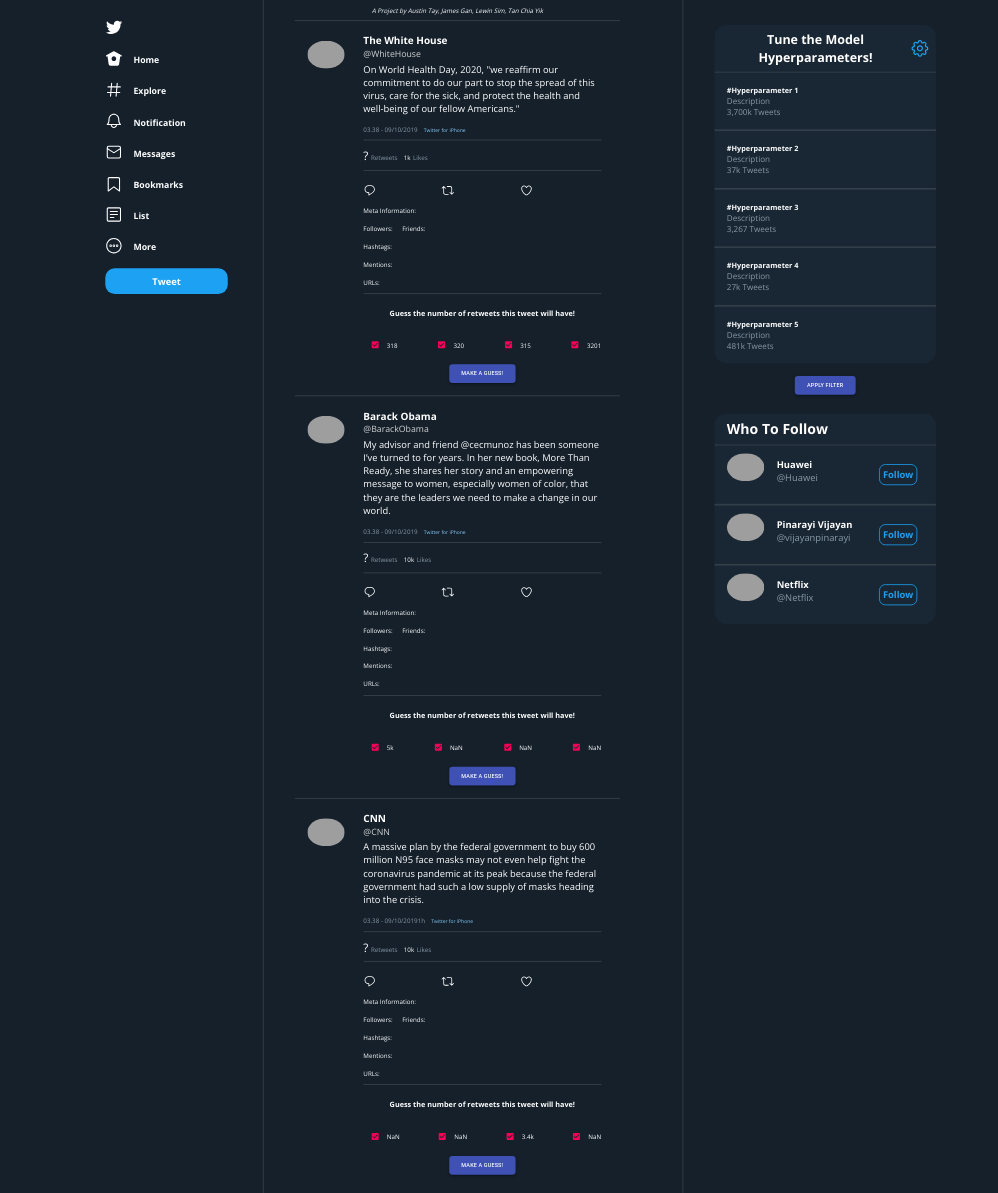
Repository: Dustyik/TwitterAIproj
Page: / (app in FrontEnd/)
An editor plug-in stored every save of this project. The page is shown before and after the next save, followed by the edit.
The browser window is 1280 px wide. The pictures show the whole page, at 78% of full size.
Pictures or frames that could not be fetched are drawn as grey boxes. The page's requests for data from a server got no answer. The project was rebuilt for these pictures with package versions that can differ from the ones it lists, and the page was loaded fresh each time. No one was signed in, and anything a server would have sent is missing. Also part of the build but not shown: FrontEnd/src/components/StatusCard.js, FrontEnd/src/pages/Status.js, FrontEnd/src/components/profile/ProfileHead.js, FrontEnd/src/components/profile/ProfileDetails.js, FrontEnd/src/styles/Profile.css, FrontEnd/src/pages/Profile.js.

Above is the page before, as saved 2021-08-08 13:44:41.

### FrontEnd/public/index.html
<!DOCTYPE html>
<html lang="en">

<head>
  <meta charset="utf-8" />
  <link rel="icon" href="%PUBLIC_URL%/favicon.ico" />
  <meta name="viewport" content="width=device-width, initial-scale=1" />
  <meta name="theme-color" content="#000000" />
  <meta name="description" content="Web site created using create-react-app" />
  <link rel="apple-touch-icon" href="%PUBLIC_URL%/logo192.png" />
  <link href="https://fonts.googleapis.com/css2?family=Open+Sans:wght@400;700&display=swap" rel="stylesheet">
  <!--
      manifest.json provides metadata used when your web app is installed on a
      user's mobile device or desktop. See https://developers.google.com/web/fundamentals/web-app-manifest/
    -->
  <link rel="manifest" href="%PUBLIC_URL%/manifest.json" />
  <!--
      Notice the use of %PUBLIC_URL% in the tags above.
      It will be replaced with the URL of the `public` folder during the build.
      Only files inside the `public` folder can be referenced from the HTML.

      Unlike "/favicon.ico" or "favicon.ico", "%PUBLIC_URL%/favicon.ico" will
      work correctly both with client-side routing and a non-root public URL.
      Learn how to configure a non-root public URL by running `npm run build`.
    -->
  <title>React App</title>
</head>

<body>
  <noscript>You need to enable JavaScript to run this app.</noscript>
  <div id="root"></div>
  <!--
      This HTML file is a template.
      If you open it directly in the browser, you will see an empty page.

      You can add webfonts, meta tags, or analytics to this file.
      The build step will place the bundled scripts into the <body> tag.

      To begin the development, run `npm start` or `yarn start`.
      To create a production bundle, use `npm run build` or `yarn build`.
    -->
</body>

</html>

### FrontEnd/src/App.css
:root {
    --body-bg        : rgb(21, 32, 43);
    --sky-blue       : rgba(29, 161, 242, 1.00);
    --light          : rgba(255, 255, 2555);
    --grey           : rgb(136, 153, 166);
    --border         : rgb(56, 68, 77);
    --thick-border   : rgb(37, 51, 65);
    --thick-border   : rgb(37, 51, 65);
    --card-background: rgb(25, 39, 52);
}

body {
    background-color: var(--body-bg);
    font-family     : 'Open Sans', sans-serif;
    padding         : 0;
    margin          : 0;
    color           : var(--light);
}

html {
    font-size: 8px;
}

::-webkit-input-placeholder {
    /* Chrome/Opera/Safari */
    font-size  : 2.5rem;
    color      : #9197a3;
    font-weight: 400;
}

::-moz-placeholder {
    /* Firefox 19+ */
    font-size  : 2.5rem;
    color      : #9197a3;
    font-weight: 400;
}

:-ms-input-placeholder {
    /* IE 10+ */
    font-size  : 2.5rem;
    color      : #9197a3;
    font-weight: 400;
}

:-moz-placeholder {
    /* Firefox 18- */
    font-size  : 2.5rem;
    color      : #9197a3;
    font-weight: 400;
}

.App {
    display              : grid;
    grid-template-columns: 2.5fr 4fr 3fr;
}

.side-nav {
    padding-left: 40%;
    padding-top : 3rem;
}

.side-nav svg {
    fill : var(--light);
    width: 2.75rem;
}

.side-nav svg:hover {
    fill: var(--sky-blue);
}

.side-nav-item {
    padding: 1rem 0;

}

.side-nav .side-nav-item .side-nav-text {
    font-size     : 1.4rem;
    font-weight   : 600;
    color         : var(--light);
    padding-left  : 1.8rem;
    vertical-align: center;
}

.side-nav-item-holder{
    width: rem;
}

.avatar {
    display: inline;
}

.avatar img {
    border-radius: 50%;
}


/* helper classes */
.p-0 {
    padding: 0
}


.pl-0 {
    padding-left: 0
}

.p-1 {
    padding: 1rem;
}

.p-2 {
    padding: 2rem
}

.pr-0 {
    padding-right: 0
}

.pb-1 {
    padding-bottom: 1rem;
}

.m-0 {
    margin: 0
}

.mb-0 {
    margin-bottom: 0;
}

.text-center {
    text-align: center;
}

.w-100 {
    width: 100%;
}

.pl-1 {
    padding-left: 1rem;
}

.pr-1 {
    padding-right: 1rem;
}

ul {
    list-style: none;
}

.flex-align-center {
    display    : flex;
    align-items: center;
}

.flex-space-between {
    display        : flex;
    justify-content: space-between;
}

.inline-block {
    display: inline-block;

}


.btn {
    color      : var(--light);
    font-weight: 700;
    cursor     : pointer;
    border     : none;
    background : transparent;
}

.tweet-btn {
    border-radius   : 1.5rem;
    font-size       : 1.5rem;
    padding         : 1rem;
    background-color: var(--sky-blue);
    width           : 70%;
}

.follow-btn {
    border-radius: 1rem;
    font-size    : 1.5rem;
    padding      : 0.5rem;
    font-weight  : bold;
    color        : var(--sky-blue);
    border       : 1px solid var(--sky-blue);
}

.pointer {
    cursor: pointer;
}

.bold-dull-para {
    font-size: 1.75rem;
    color    : var(--grey);
}

a {
    text-decoration: none;
    color          : inherit;
}

h1 {
    font-size  : 2.25rem;
    font-weight: 700;
    color      : var(--light);
}

h2 {
    font-size  : 2rem;
    font-weight: 700;
    color      : var(--light);
}

input:focus {
    outline: none;
}

### FrontEnd/src/utils/ScrollToTop.js
import React, { useEffect, Fragment } from 'react';
import { withRouter } from 'react-router-dom';

function ScrollToTop({ history, children }) {
    useEffect(() => {
        const unlisten = history.listen(() => {
            window.scrollTo(0, 0);
        });
        return () => {
            unlisten();
        }
    }, []);

    return <Fragment>{children}</Fragment>;
}

export default withRouter(ScrollToTop);

### FrontEnd/src/images/avatars.js
import React from 'react'

export const SmallAvatar = ({ width, image }) => {
    return (
        <div className="avatar">
            <img width={width} src={image} alt="avatar" />
        </div>
    )
}

### FrontEnd/src/apifunctions.js
import axios from 'axios';

export const getTweets = () => {
    return axios.get("http://localhost:5000/getTweets")
}

export const applySearchFilters = (data, title, id) => {
    return axios.post("http://localhost:5000/applySearchModels", {
            data: data,
            queryTitle: title,
            articleId: id

        }
    )
}

### FrontEnd/src/styles/Main.css
/* main styles */
.main {
    border-left : 1px solid var(--border);
    border-right: 1px solid var(--border);
    ;
}

.home {
    padding-left : 2.5rem;
    border-bottom: 1px solid var(--border);
}

.new-tweet {
    padding              : 1rem;
    display              : grid;
    grid-template-columns: 1fr 9fr;
    border-bottom        : 1rem solid var(--thick-border);
}

.new-tweet .left,
.right {
    padding: 0 1rem;
}

.new-tweet input {
    padding    : 2rem 0;
    background : transparent;
    border     : none;
    color      : var(--light);
    font-size  : 2rem;
    font-weight: 700;
}

.new-tweet-options {
    padding-right  : 1rem;
    display        : flex;
    justify-content: space-between;
    align-items    : center;
}

.new-tweet .add-icons {
    margin-right: 1rem;
}

.new-tweet .add-icons svg {
    width  : 3rem;
    fill   : var(--sky-blue);
    padding: 1rem;
}

.new-tweet .add-icons svg:first-child {
    padding-left: 0;
}

### FrontEnd/src/components/TweetList.js
import React, { useContext } from 'react'
import TweetCard from './TweetCard'
import { GlobalContext } from '../context/GlobalState'

export const TweetList = () => {
    const { tweets } = useContext(GlobalContext);
    return (
        <>
            {tweets.map((tweet, index) => (<TweetCard key={index} tweet={tweet}/>))}
        </>
    )
}

### FrontEnd/src/styles/Trending.css
.trending {
    padding: 1rem 10rem 1rem 5rem;
}

.trending .search-box {
    width     : 100%;
    background: transparent;

    background-color: var(--thick-border);
    border-radius   : 5rem;
    border          : none;
}

.trending .search-box svg {
    width       : 3rem;
    fill        : var(--grey);
    padding-left: 1rem;

}

.trending .search-box input {
    padding   : 1.5rem;
    font-size : 2rem;
    width     : 100%;
    background: transparent;
    border    : none;
    color     : var(--light);
}

.trends-list {
    background-color: var(--card-background);
    border-radius   : 2rem;
    margin-top      : 3rem;
}

.trends-list h1 {
    padding: 1rem 2rem;

}

.trends-for-you {
    padding: 1rem;
    text-align: center;
    vertical-align: middle;
}

.trends-for-you svg {
    width: 3.5rem;
    fill : var(--sky-blue);
}

.trends-card {
    border-top   : 1px solid var(--border);
    border-bottom: 1px solid var(--border);
    padding      : 2rem;
}

.trends :last-child {
    border-bottom: none;
}

.trends-topic {
    font-size: 1.3rem;
    color    : var(--grey);
}

.trend-tweet-count {
    font-size: 1.3rem;
    color    : var(--grey);
}



.trending ::-webkit-input-placeholder {
    /* Chrome/Opera/Safari */
    font-size  : 2rem;
    color      : #9197a3;
    font-weight: 400;
}

.trending ::-moz-placeholder {
    /* Firefox 19+ */
    font-size  : 2rem;
    color      : #9197a3;
    font-weight: 400;
}

.trending :-ms-input-placeholder {
    /* IE 10+ */
    font-size  : 2rem;
    color      : #9197a3;
    font-weight: 400;
}

.trending :-moz-placeholder {
    /* Firefox 18- */
    font-size  : 2rem;
    color      : #9197a3;
    font-weight: 400;
}

### FrontEnd/src/components/TweetCard.js
import React, { Component, useContext } from 'react';
import '../styles/TweetCard.css';
import { SmallAvatar } from '../images/avatars'
import { TweetCommentIcon, TweetRetweetIcon, TweetLikeIcon, TweetSendIcon } from '../images/svg/svgs';
import { Link } from 'react-router-dom';
import {Button, Checkbox} from "@material-ui/core";
import { GlobalContext } from '../context/GlobalState'


const TweetCard = (props) => {
    const tweet = props.tweet;
    const profImageurl = 'https://pbs.twimg.com/profile_images/1247964769669136385/KVCROk2D_bigger.jpg';

    const handleRouting = (e) => {
        // e.preventDefault();
        // debugger
        // this.props.history.push('data')
    }

    const { toggleModal} = useContext(GlobalContext);

    function shuffle(array) {
        var currentIndex = array.length,  randomIndex;
        // While there remain elements to shuffle...
        while (0 !== currentIndex) {
          // Pick a remaining element...
          randomIndex = Math.floor(Math.random() * currentIndex);
        currentIndex--;
          // And swap it with the current element.
            [array[currentIndex], array[randomIndex]] = [
            array[randomIndex], array[currentIndex]];
        }
        return array;
    }

    function checkForDuplicates(array) {
        let valuesAlreadySeen = []
        for (let i = 0; i < array.length; i++) {
            let value = array[i]
            if (valuesAlreadySeen.indexOf(value) !== -1) {
            return true
            }
            valuesAlreadySeen.push(value)
        }
        return false
    }

    const tweetCardButtonClicked = () => {
        toggleModal()
    }

    const generateFourNumbers = (retweetNumber) => {
        const firstNumber = Math.abs(retweetNumber + Math.floor(Math.random() * 10))
        const secondNumber = retweetNumber
        const thirdNumber = Math.abs(retweetNumber - Math.floor(Math.random() * 10))
        const fourthNumber = Math.abs(retweetNumber - Math.floor(Math.random() * 5))

        let numbersArray = [firstNumber, secondNumber, thirdNumber, fourthNumber]

        if (checkForDuplicates(numbersArray)){
            return generateFourNumbers(retweetNumber)
        }else{
            return shuffle(numbersArray)
        }

    }

    const createCheckBoxes = () => {
        let checkBoxesArray = []
        const retweetNumber = tweet.tweet.retweets
        let numbersArray = generateFourNumbers(retweetNumber)

        for(let i = 0; i < 4; i ++){
            const e = (
                <div className="tweet-checkbox">
                    <Checkbox
                        checked={true}
                        onChange={() => {}}
                    />
                    <span>
                        {numbersArray[i]}
                    </span>
                </div>
            )
            checkBoxesArray.push(e)
        }

        return checkBoxesArray
    }


    return (
        <div className="tweet-card">
            <div className="left">
                <SmallAvatar width="48" image={tweet.user.image} />
            </div>
            <div className="right">
                <div className="tweet-card-head">
                    <span className="tweet-card-name" >{tweet.user.name}</span>
                </div>
                <span className="tweet-card-handle">{tweet.user.handle}</span>

                <div className="tweet-card-body">
                <div className="tweet-card-content">
                    <p className="m-0">{tweet.tweet.content}</p>
                </div>

                <span className="tweet-card-time">
                    03.38 - 09/10/2019{tweet.tweet.time}
                    <span className="tweet-card-shotoniphone">
                        Twitter for iPhone
                    </span>
                </span>

                <div className="tweet-middle-border"/>
                <span className="tweet-retweets-likes-number"
                style = {{
                    fontSize:15,
                    marginLeft:0}}>
                    ?
                </span>
                <span className="tweet-retweets-likes">
                    Retweets
                </span>
                <span className="tweet-retweets-likes-number">
                    {tweet.tweet.likes}
                </span>


                <span className="tweet-retweets-likes">
                        Likes
                </span>

                <div className="tweet-middle-border"/>





                <div className="tweet-card-footer">
                    <span className="flex-align-center"><TweetCommentIcon /> <span className="tweet-cars-icon"></span></span>
                    <span className="flex-align-center"><TweetRetweetIcon /><span className="tweet-cars-icon"></span></span>
                    <span className="flex-align-center"><TweetLikeIcon /><span className="tweet-cars-icon"></span></span>
                    { /*<span className="flex-align-center"><TweetSendIcon /></span> */}
                    </div>
                </div>
                <div>
                    <div className="tweet-meta-information">
                        <span>Meta Information:</span>
                    </div>
                    <div className="tweet-meta-information">
                        <span
                        className="tweet-meta-information-inner"
                        >Followers: {tweet.followers}</span>

                        <span className="tweet-meta-information-inner" style = {{marginLeft:10}}>Friends: {tweet.friends}</span>
                    </div>
                    <div className="tweet-meta-information">
                        <span className="tweet-meta-information-inner" >Hashtags: {tweet.hashtags}</span>
                    </div>
                    <div className="tweet-meta-information">
                        <span className="tweet-meta-information-inner" >Mentions: {tweet.mentions}</span>
                    </div>
                    <div className="tweet-meta-information">
                        <span className="tweet-meta-information-inner" >URLs: {tweet.urls}</span>
                    </div>

                </div>
                <div className="tweet-middle-border"/>
                <div style = {{display:"flex", justifyContent:"center"}}>
                    <h3>
                    Guess the number of retweets this tweet will have!
                    </h3>

                </div>
                <div style = {{display:"flex", flexDirection:"row", marginTop:10, justifyContent:"space-between", }}>
                    {createCheckBoxes()}
                </div>

                <div style = {{display:"flex", justifyContent:"center", marginTop:10}}>
                <Button
                    onClick = {tweetCardButtonClicked}
                    variant="contained" color="primary">
                    Make a guess!
                </Button>
                </div>
            </div>
        </div>
    )

}

export default TweetCard

### FrontEnd/src/components/trending/Trend.js
import React from 'react'

export const Trend = ({ trend }) => {
    return (
        <div className="trends-card">
            <h3 className="m-0">{trend.name}</h3>
            <p className="trends-topic m-0">{trend.topic}</p>
            <p className="trend-tweet-count m-0">{trend.tweets} Tweets</p>
        </div>
    )
}

### FrontEnd/src/components/trending/FollowSuggestionCard.js
import React from 'react';
import { SmallAvatar } from '../../images/avatars';

export const FollowSuggestionCard = ({ whoToFollow }) => {
    return (
        // <div className="follow-card">
        //     <p className="trends-topic m-0">{follow.topic}</p>
        //     <h2 className="m-0">{follow.name}</h2>
        //     <p className="trend-tweet-count m-0">{follow.tweets}</p>
        // </div>
        <div className="who-to-follow">
            <div className="left" style = {{marginTop:2}}>
                <SmallAvatar width="48" image={whoToFollow.image} />
            </div>
            <div className="middle">
                <span className="follow-card-name">{whoToFollow.name}</span>
                <span className="follow-card-handle">{whoToFollow.handle}</span>
            </div>
            <div className="right">
                <div className="btn follow-btn text-center">
                    Follow
                </div>
            </div>
        </div>
    )
}

### FrontEnd/src/styles/FollowList.css
.follow-list {
    background-color: var(--card-background);
    border-radius   : 2rem;
    margin-top      : 3rem;
}

.follow-list h1 {
    padding: 1rem 2rem;
}

.who-to-follow:last-child {
    border-bottom: none;
}

.who-to-follow {
    display              : grid;
    grid-gap             : 1rem;
    padding              : 1rem 2rem;
    grid-template-columns: 1fr 3fr 2fr;
    border-top           : 1px solid var(--border);
    border-bottom        : 1px solid var(--border);
    padding              : 1rem;
}

.who-to-follow .middle {
    display       : flex;
    flex-direction: column;
}

.who-to-follow .middle .follow-card-name {
    font-size    : 1.5rem;
    font-weight  : 700;
    padding-top: 1rem;
    padding-right: 1rem;
}

.who-to-follow .middle .follow-card-handle {
    font-size: 1.5rem;
    color    : var(--grey);
}

### FrontEnd/src/styles/StatusCard.css

.status-card {
    /* padding              : 1rem;
    display                 : grid;
    grid-template-columns   : 1fr 9fr; */
    border-bottom           : 0.5px solid var(--border);
    border-top              : 0.5px solid var(--border);

}

.status-card .left,
.right {
    padding: 2rem;
}

.status-card .left {
    display    : flex;
    align-items: center;

}

.status-card .right {
    padding-top: 0;
}

.status-card .status-card-name {
    font-size    : 2rem;
    font-weight  : 700;
    padding-right: 1rem;
}

.status-card .status-card-handle,
.status-card-time {
    font-size: 1.5rem;
    color    : var(--grey);
}

.status-card .status-card-body .status-card-content p {
    font-size : 2.5rem;
    margin-top: .5rem;
}

.status-card .status-card-body .status-card-image {
    margin-top: 2rem;
}

.status-card .status-card-body .status-card-image img {
    width        : 100%;
    border-radius: 20px;
}

.status-card .status-card-footer {
    padding-right: 10rem;
    display      : flex;

    justify-content: space-around;
    padding-top    : 1rem;
    width          : 100%;
}

.status-card .status-card-footer svg {
    fill : var(--grey);
    width: 2.5rem;
}

.status-card .status-card-footer .tweet-cars-icon {
    line-height : 2;
    font-size   : 1.5rem;
    color       : var(--grey);
    padding-left: 1rem;
}

.status {
    display    : flex;
    align-items: center;
    padding    : 0 2rem;
    display    : flex;
    align-items: center;
}

.status h1 {
    display     : inline-block;
    padding-left: 1rem;
}

.status svg {
    width: 4rem;
    fill : var(--sky-blue);
}

### FrontEnd/src/styles/TweetCard.css


.tweet-card {
    padding              : 1rem;
    display              : grid;
    grid-template-columns: 1fr 9fr;
    border-top           : 0.5px solid var(--border);

}
.tweet-middle-border {
    margin-top              : 1.1rem;
    margin-bottom             : 1.1rem;
    border-top           : 0.1rem solid var(--border);
}

.left{
    padding: 0 1rem;
    margin-top: 25px;
}

.tweet-checkbox{
    display: flex;
    flex-direction: row;
    justify-content: center;
    align-items: center;
}

.tweet-card-shotoniphone{
    margin-left: 1rem;
    font-size: 0.8rem;
    color    : lightskyblue;
}

.tweet-card-time{
    display:inline-block;
    padding-top: 1.5rem;
    font-size: 1rem;
    color    : var(--grey);
}

.tweet-meta-information{
    padding-top: 1.5rem;

}

.tweet-meta-information-inner{
    font-style:"italic",

}

.tweet-retweets-likes {
    margin-left: 0.4rem;
    display:inline-block;
    font-size: 1rem;
    color    : var(--grey);
}

.tweet-retweets-likes-number {
    margin-left: 1rem;
    display:inline-block;
    font-size: rem;
    color    : var(white);
}

.tweet-card, .right {
    padding: 0 1rem;
    margin-top: px;
}

.tweet-card .tweet-card-head .tweet-card-name {
    font-size    : 1.6rem;
    padding-right: 1rem;
    font-weight: bold;
}

.tweet-card .tweet-card-head .tweet-card-name:hover {
    text-decoration: underline;
}

.tweet-card-handle {
    font-size    : 1.4rem;
    padding-right: 1rem;
    font-weight: lighter;
    color: lightgray;
}

.tweet-card .tweet-card-body .tweet-card-content p {
    font-size : 1.5rem;
    margin-top: .5rem;
}

.tweet-card .tweet-card-body .tweet-card-image {
    margin-top: 2rem;
}

.tweet-card .tweet-card-body .tweet-card-image img {
    width        : 100%;
    border-radius: 20px;
}

.tweet-card .tweet-card-footer {
    padding-right  : 10rem;
    display        : flex;
    justify-content: space-between;
    padding-top    : 1rem;
}

.tweet-card .tweet-card-footer svg {
    fill : white;
    width: 2rem;
}

.tweet-card .tweet-card-footer .tweet-cars-icon {
    line-height : 2;
    font-size   : 1.5REM;
    color       : var(--grey);
    padding-left: 1rem;
}

Loaded but not shown: FrontEnd/src/index.js (common file); FrontEnd/src/images/svg/svgs.js (66 lines, source omitted); FrontEnd/src/components/Sidebar.js (142 lines, source omitted); FrontEnd/src/pages/Home.js (127 lines, source omitted); FrontEnd/src/context/GlobalState.js (128 lines, source omitted); FrontEnd/src/context/AppReducer.js (61 lines, source omitted); FrontEnd/src/components/trending/TrendsList.js (42 lines, source omitted); FrontEnd/src/App.js (44 lines, source omitted); FrontEnd/src/components/trending/FollowSuggestionsList.js (36 lines, source omitted); FrontEnd/src/components/trending/Trending.js (44 lines, source omitted)

After the next save:
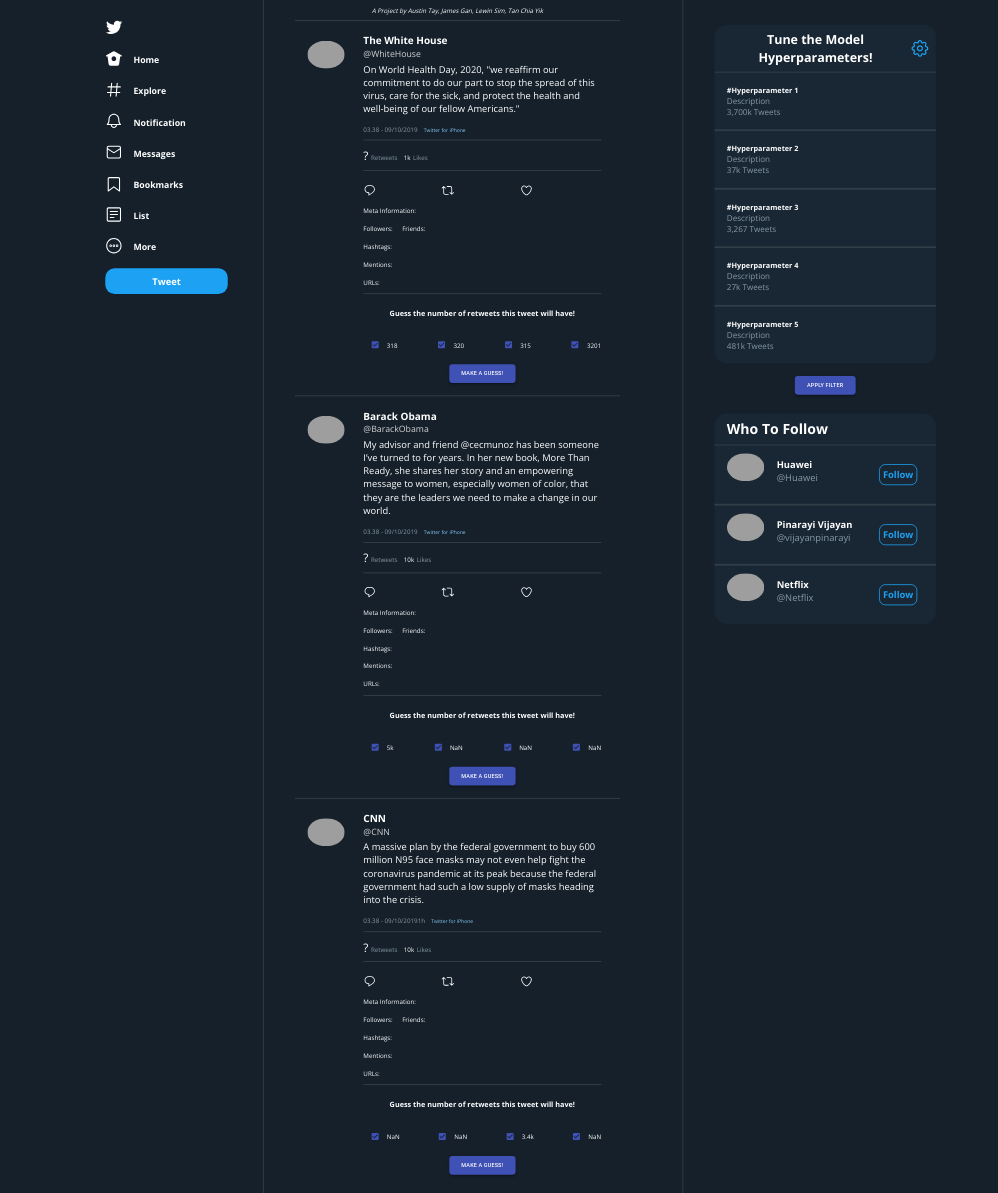
Saved 55 s later.
--- a/FrontEnd/src/components/TweetCard.js
+++ b/FrontEnd/src/components/TweetCard.js
@@ -74,6 +74,7 @@
             const e = (
                 <div className="tweet-checkbox">
                     <Checkbox
+                        color="primary"
                         checked={true}
                         onChange={() => {}}
                     />
